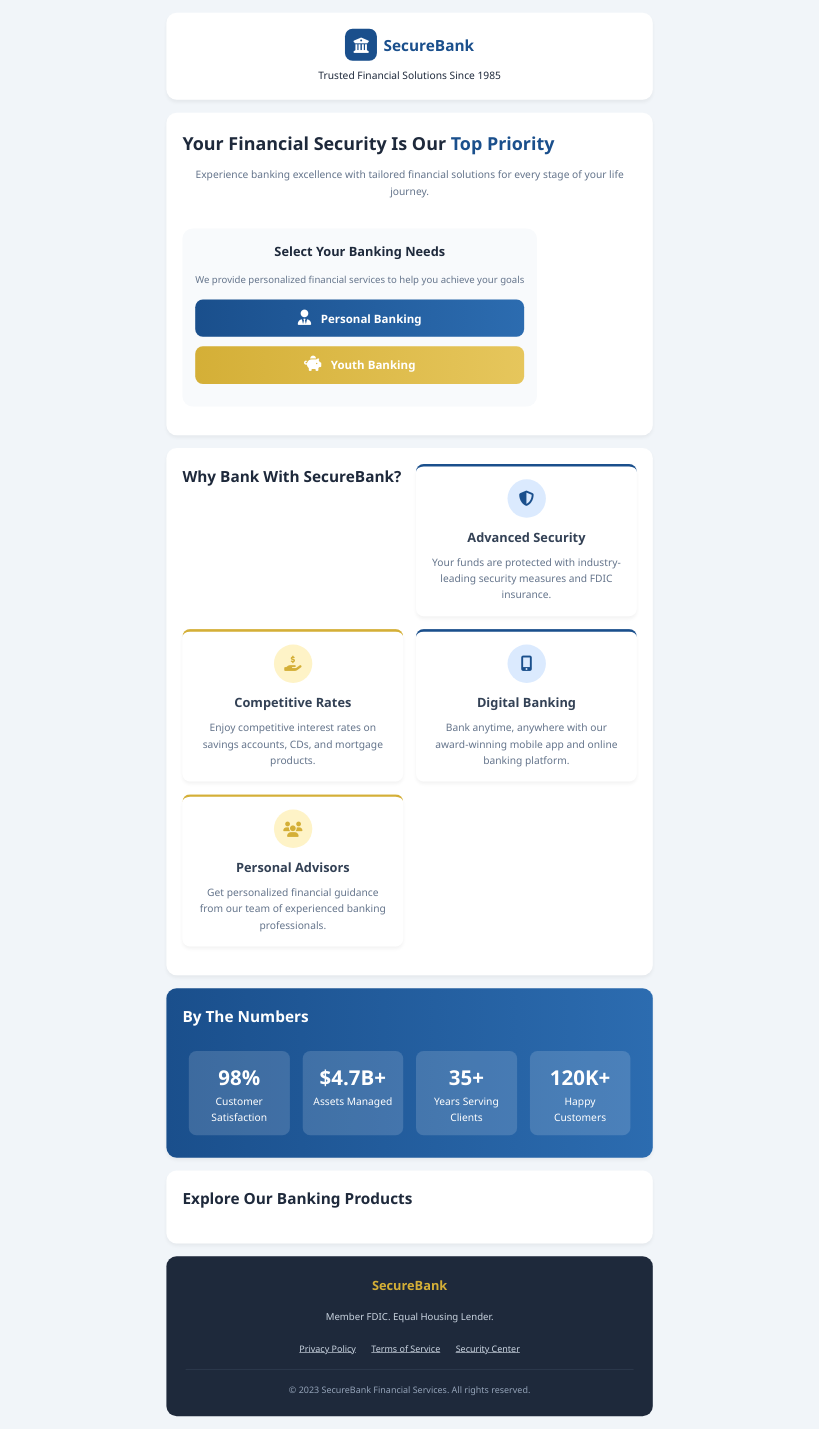
Repository: meenadabhii/loancalculator.nurcodes.com
Page: index.html
The author's editor kept a copy of each file at every save. The page is drawn from the files as they stood at one save, then again after the next save.
The browser window is 1280 px wide. The pictures show the whole page, at 64% of full size.

Above is the page before, as saved 2025-08-28 16:04:15.

### index.html
<!DOCTYPE html>
<html lang="en">

<head>
    <meta charset="UTF-8">
    <meta name="viewport" content="width=device-width, initial-scale=1.0">
    <title>SecureBank - Financial Solutions</title>
    <link rel="stylesheet" href="https://cdnjs.cloudflare.com/ajax/libs/font-awesome/6.4.0/css/all.min.css">
    <link rel="preconnect" href="https://pagead2.googlesyndication.com">
    <link rel="preconnect" href="https://googleads.g.doubleclick.net">
    <link rel="preconnect" href="https://tpc.googlesyndication.com">

    <script async src="https://pagead2.googlesyndication.com/pagead/js/adsbygoogle.js?client=ca-pub-9383584644305078"
        crossorigin="anonymous"></script>
    <style>
        :root {
            --primary-blue: #1a4f8c;
            --secondary-blue: #2c6cb0;
            --accent-gold: #d4af37;
            --dark-blue: #1e293b;
            --light-gray: #f8fafc;
        }

        * {
            margin: 0;
            padding: 0;
            box-sizing: border-box;
            font-family: 'Segoe UI', Tahoma, Geneva, Verdana, sans-serif;
        }

        body {
            background-color: #f1f5f9;
            color: #334155;
            line-height: 1.6;
        }

        .container {
            max-width: 800px;
            margin: 0 auto;
            padding: 20px;
        }

        .header {
            text-align: center;
            padding: 25px 0;
            background: white;
            border-radius: 16px;
            box-shadow: 0 4px 6px rgba(0, 0, 0, 0.05);
            margin-bottom: 20px;
        }

        .content-section {
            background: white;
            padding: 25px;
            border-radius: 16px;
            box-shadow: 0 4px 6px rgba(0, 0, 0, 0.05);
            margin-bottom: 20px;
        }

        .age-btn {
            display: block;
            padding: 15px;
            border-radius: 12px;
            text-decoration: none;
            font-weight: 600;
            font-size: 18px;
            margin: 15px 0;
            text-align: center;
            transition: transform 0.3s, box-shadow 0.3s;
        }

        .age-btn:hover {
            transform: translateY(-2px);
            box-shadow: 0 6px 12px rgba(0, 0, 0, 0.15);
        }

        .icon-circle {
            width: 60px;
            height: 60px;
            border-radius: 50%;
            display: flex;
            align-items: center;
            justify-content: center;
            margin: 0 auto 15px;
            font-size: 24px;
        }

        .card {
            border-radius: 12px;
            box-shadow: 0 4px 6px rgba(0, 0, 0, 0.05);
            margin-bottom: 20px;
            transition: transform 0.3s;
        }

        .card:hover {
            transform: translateY(-5px);
        }

        .stat-box {
            text-align: center;
            padding: 15px;
            background: rgba(255, 255, 255, 0.15);
            border-radius: 12px;
            margin: 10px;
            flex: 1;
            min-width: 130px;
        }

        .footer {
            background: var(--dark-blue);
            color: white;
            padding: 30px;
            border-radius: 16px;
            text-align: center;
        }

        .ad-container {
            background: white;
            padding: 15px;
            border-radius: 12px;
            margin-bottom: 20px;
            text-align: center;
        }

        .ad-label {
            color: #64748b;
            font-size: 12px;
            text-transform: uppercase;
            margin-bottom: 8px;
        }

        @media (min-width: 768px) {
            .content-section {
                display: flex;
                flex-wrap: wrap;
                justify-content: space-between;
            }

            .card {
                flex-basis: calc(50% - 10px);
            }

            .stats-container {
                display: flex;
                flex-wrap: wrap;
                justify-content: center;
            }
        }

        .text-white {
            color: white;
        }

        .btn-outline {
            background: transparent;
            border: 2px solid var(--accent-gold);
            color: var(--accent-gold);
        }

        .btn-outline:hover {
            background: var(--accent-gold);
            color: white;
        }
    </style>


</head>

<body>
    <div class="container">
        <!-- Header -->
        <div class="header">
            <div style="display: flex; align-items: center; justify-content: center; margin-bottom: 10px;">
                <div style="width: 50px; height: 50px; border-radius: 12px; background: var(--primary-blue); display: flex; align-items: center; justify-content: center; margin-right: 10px;">
                    <i class="fas fa-university text-white" style="font-size: 24px;"></i>
                </div>
                <h1 style="font-size: 24px; font-weight: 700; color: var(--primary-blue);">SecureBank</h1>
            </div>
            <p style="color: var(--dark-blue); font-size: 16px;">Trusted Financial Solutions Since 1985</p>
        </div>
        <!-- Hero Section -->
        <div class="content-section" style="text-align: center;">
            <h2 style="font-size: 28px; font-weight: 700; margin-bottom: 15px; color: var(--dark-blue);">Your Financial Security Is Our <span style="color: var(--primary-blue);">Top Priority</span></h2>
            <p style="color: #64748b; margin-bottom: 25px; font-size: 16px;">Experience banking excellence with tailored financial solutions for every stage of your life journey.</p>

            <div style="background: var(--light-gray); padding: 20px; border-radius: 16px; margin: 20px 0;">
                <h3 style="font-size: 20px; font-weight: 600; margin-bottom: 15px; color: var(--dark-blue);">Select Your Banking Needs</h3>
                <p style="color: #64748b; margin-bottom: 20px; font-size: 15px;">We provide personalized financial services to help you achieve your goals</p>

                <a href="fin24.html" class="age-btn"
                    style="background: linear-gradient(to right, var(--primary-blue), var(--secondary-blue)); color: white;">
                    <i class="fas fa-user-tie" style="margin-right: 10px; font-size: 24px;"></i>
                    Personal Banking
                </a>

                <a href="child.html" class="age-btn"
                    style="background: linear-gradient(to right, var(--accent-gold), #e6c65c); color: white;">
                    <i class="fas fa-piggy-bank" style="margin-right: 10px; font-size: 24px;"></i>
                    Youth Banking
                </a>
            </div>
        </div>

        <!-- Features Section -->
        <div class="content-section">
            <h2 style="font-size: 24px; font-weight: 700; text-align: center; margin-bottom: 25px; color: var(--dark-blue);">
                Why Bank With SecureBank?</h2>

            <div class="card" style="background: white; padding: 20px; border-top: 4px solid var(--primary-blue);">
                <div class="icon-circle" style="background: #dbeafe;">
                    <i class="fas fa-shield-alt" style="color: var(--primary-blue);"></i>
                </div>
                <h3 style="font-size: 20px; font-weight: 600; text-align: center; margin-bottom: 10px;">Advanced Security</h3>
                <p style="color: #64748b; text-align: center;">Your funds are protected with industry-leading security measures and FDIC insurance.</p>
            </div>

            <div class="card" style="background: white; padding: 20px; border-top: 4px solid var(--accent-gold);">
                <div class="icon-circle" style="background: #fef3c7;">
                    <i class="fas fa-hand-holding-usd" style="color: var(--accent-gold);"></i>
                </div>
                <h3 style="font-size: 20px; font-weight: 600; text-align: center; margin-bottom: 10px;">Competitive Rates</h3>
                <p style="color: #64748b; text-align: center;">Enjoy competitive interest rates on savings accounts, CDs, and mortgage products.</p>
            </div>

            <div class="card" style="background: white; padding: 20px; border-top: 4px solid var(--primary-blue);">
                <div class="icon-circle" style="background: #dbeafe;">
                    <i class="fas fa-mobile-alt" style="color: var(--primary-blue);"></i>
                </div>
                <h3 style="font-size: 20px; font-weight: 600; text-align: center; margin-bottom: 10px;">Digital Banking</h3>
                <p style="color: #64748b; text-align: center;">Bank anytime, anywhere with our award-winning mobile app and online banking platform.</p>
            </div>

            <div class="card" style="background: white; padding: 20px; border-top: 4px solid var(--accent-gold);">
                <div class="icon-circle" style="background: #fef3c7;">
                    <i class="fas fa-users" style="color: var(--accent-gold);"></i>
                </div>
                <h3 style="font-size: 20px; font-weight: 600; text-align: center; margin-bottom: 10px;">Personal Advisors</h3>
                <p style="color: #64748b; text-align: center;">Get personalized financial guidance from our team of experienced banking professionals.</p>
            </div>
        </div>



        <!-- Stats Section -->
        <div class="content-section"
            style="background: linear-gradient(to right, var(--primary-blue), var(--secondary-blue)); color: white;">
            <h2 style="font-size: 24px; font-weight: 700; text-align: center; margin-bottom: 25px;">By The Numbers</h2>

            <div class="stats-container">
                <div class="stat-box">
                    <p style="font-size: 32px; font-weight: 700;">98%</p>
                    <p style="font-size: 16px;">Customer Satisfaction</p>
                </div>

                <div class="stat-box">
                    <p style="font-size: 32px; font-weight: 700;">$4.7B+</p>
                    <p style="font-size: 16px;">Assets Managed</p>
                </div>

                <div class="stat-box">
                    <p style="font-size: 32px; font-weight: 700;">35+</p>
                    <p style="font-size: 16px;">Years Serving Clients</p>
                </div>

                <div class="stat-box">
                    <p style="font-size: 32px; font-weight: 700;">120K+</p>
                    <p style="font-size: 16px;">Happy Customers</p>
                </div>
            </div>
        </div>

        <!-- Banking Products Section -->
        <div class="content-section">
            <h2 style="font-size: 24px; font-weight: 700; text-align: center; margin-bottom: 25px; color: var(--dark-blue);">
                Explore Our Banking Products</h2>


        </div>

        <!-- Footer -->
        <div class="footer">
            <h3 style="font-size: 20px; font-weight: 700; margin-bottom: 20px; color: var(--accent-gold);">SecureBank</h3>
            <p style="color: #cbd5e1; margin-bottom: 25px; font-size: 15px;">Member FDIC. Equal Housing Lender.</p>



            <div style="margin: 20px 0;">
                <a href="#" style="color: #cbd5e1; margin: 0 10px; font-size: 14px;">Privacy Policy</a>
                <a href="#" style="color: #cbd5e1; margin: 0 10px; font-size: 14px;">Terms of Service</a>
                <a href="#" style="color: #cbd5e1; margin: 0 10px; font-size: 14px;">Security Center</a>
            </div>

            <p style="color: #94a3b8; font-size: 14px; border-top: 1px solid #334155; padding-top: 20px;">&copy; 2023 SecureBank Financial Services. All rights reserved.</p>
        </div>
    </div>
</body>

</html

After the next save:
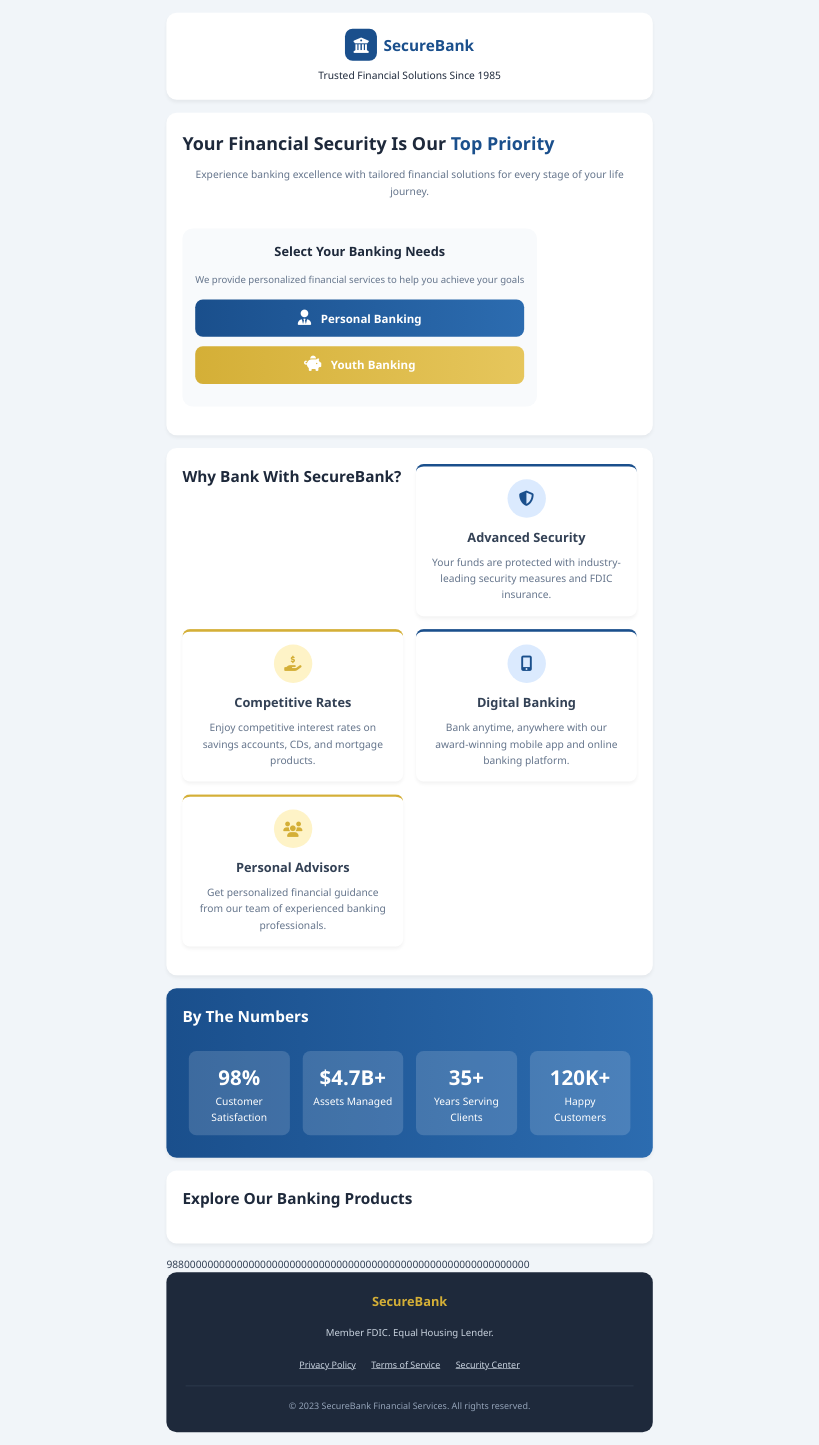
Saved 40 min 42 s later.
--- a/index.html
+++ b/index.html
@@ -277,7 +277,7 @@
 
         </div>
 
-        <!-- Footer -->
+        <!-- Footer -->98800000000000000000000000000000000000000000000000000000000000
         <div class="footer">
             <h3 style="font-size: 20px; font-weight: 700; margin-bottom: 20px; color: var(--accent-gold);">SecureBank</h3>
             <p style="color: #cbd5e1; margin-bottom: 25px; font-size: 15px;">Member FDIC. Equal Housing Lender.</p>

After the save that followed:
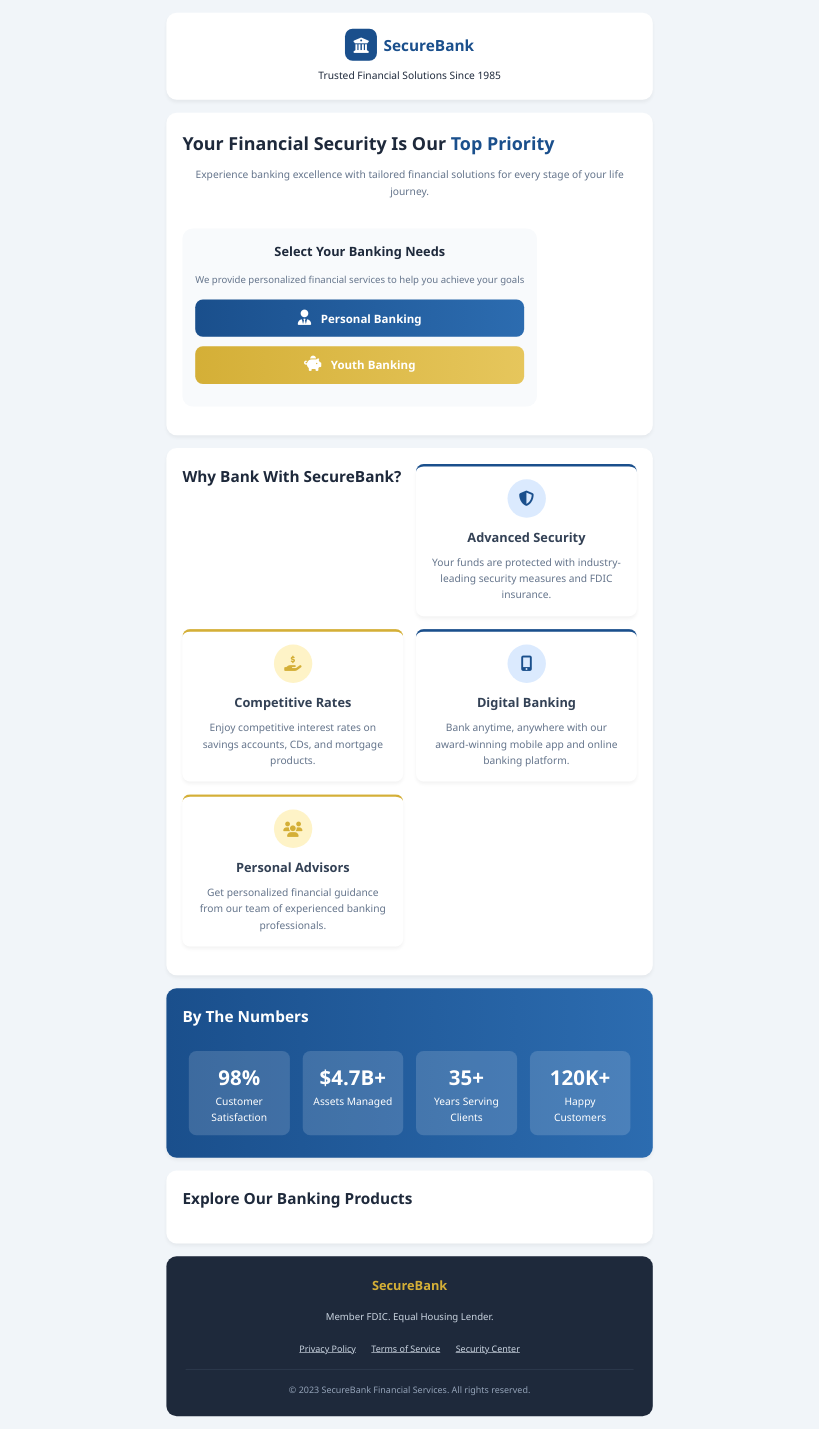
Saved 4 s later.
--- a/index.html
+++ b/index.html
@@ -277,7 +277,7 @@
 
         </div>
 
-        <!-- Footer -->98800000000000000000000000000000000000000000000000000000000000
+        <!-- Footer -->
         <div class="footer">
             <h3 style="font-size: 20px; font-weight: 700; margin-bottom: 20px; color: var(--accent-gold);">SecureBank</h3>
             <p style="color: #cbd5e1; margin-bottom: 25px; font-size: 15px;">Member FDIC. Equal Housing Lender.</p>
